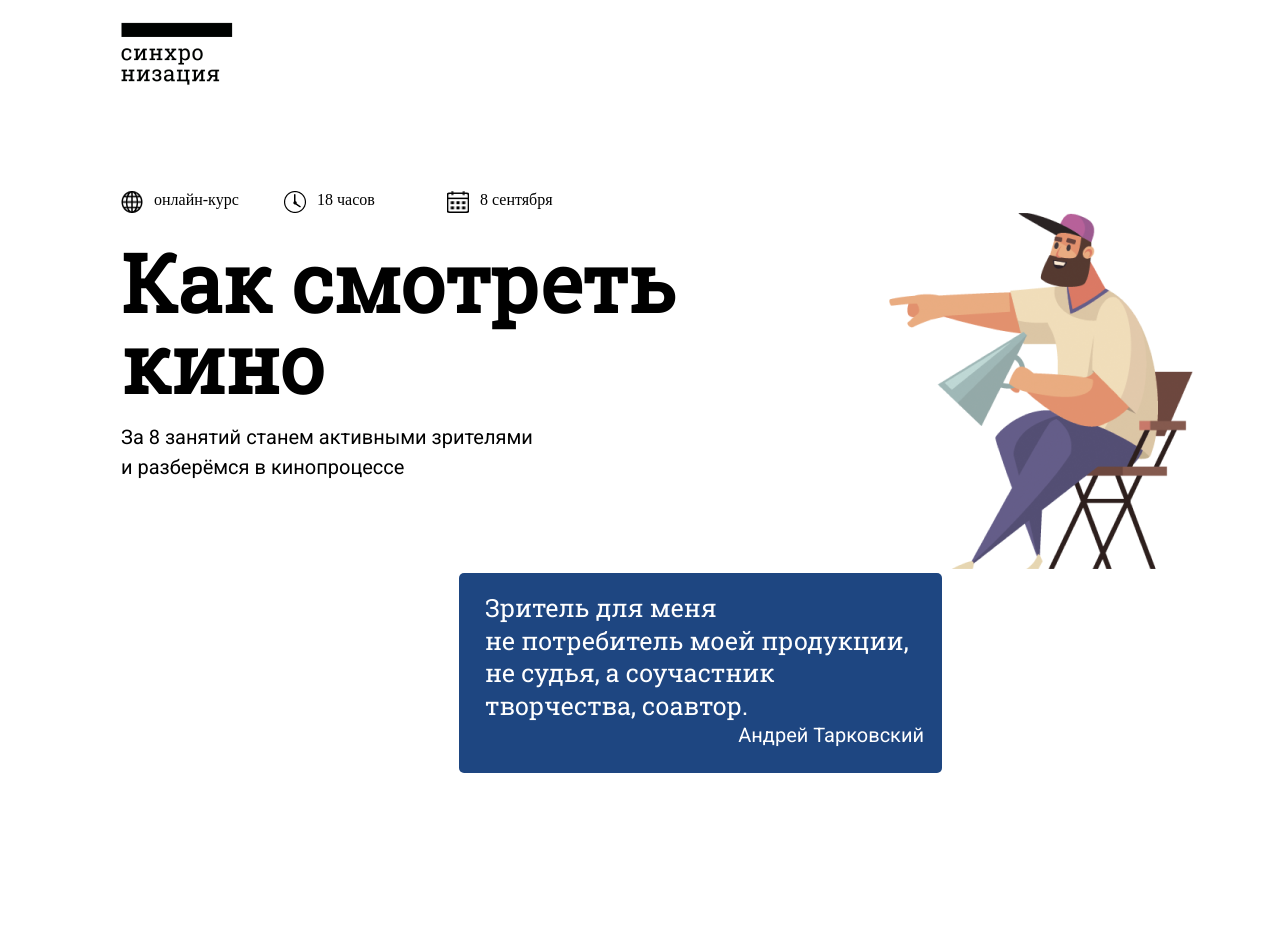
Repository: NatiqSamiyev/fiqma-task-top
Page: index.html
The author's editor kept a copy of each file at every save. The page is drawn from the files as they stood at one save, then again after the next save.
The browser window is 1280 px wide. The pictures show the whole page.

Above is the page before, as saved 2023-08-16 15:29:32.

### index.html
<!DOCTYPE html>
<html lang="en">
  <head>
    <meta charset="UTF-8" />
    <meta name="viewport" content="width=device-width, initial-scale=1.0" />
    <link rel="stylesheet" href="index.css" />
    <title>Document</title>
  </head>
  <body>
    <div class="container">
      <img src="./images/logo_mobile_black 1.png" alt="" />

      <ul>
        <li>
          <img src="./images/globe.png" alt="" />
          <p>онлайн-курс</p>
        </li>

        <li>
          <img src="./images/img_135744.png" alt="" />
          <p>18 часов</p>
        </li>

        <li>
          <img src="./images/calendar_2.png" alt="" />
          <p>8 сентября</p>
        </li>
      </ul>

      <div class="top-container">
        <div class="box-1">
          <h1>Как смотреть кино</h1>
          <br />
          <p>
            За 8 занятий станем активными зрителями<br />
            и разберёмся в кинопроцессе
          </p>
        </div>

        <div class="box-2">
          <img src="./images/noroot 1.png" alt="" />
        </div>
      </div>

      <div class="bottum-container">
        <p>
          Зритель для меня
          <br />не потребитель моей продукции, не судья, а соучастник
          творчества, соавтор.
        </p>

        <h2>Андрей Тарковский</h2>
      </div>
    </div>
  </body>
</html>

### index.css
@import url("https://fonts.googleapis.com/css2?family=Roboto+Slab&family=Roboto:wght@400;700&display=swap");
* {
  margin: 0;
  padding: 0;
  box-sizing: border-box;
}

.container {
  width: 100%;
  padding: 21px 0 173px 121px;
}

.container ul {
  margin-top: 100px;
  display: flex;
  list-style-type: none;
}

.container ul img {
  width: 22px;
  height: 22px;
}

.container ul li p {
  width: 130px;
  margin-left: 11px;
}

.container ul li {
  display: flex;
  justify-content: space-between;
}

.top-container {
  display: flex;
}

.box-1 {
  width: 628px;
  margin: 29px 0px 0 0;
}

.box-1 h1 {
  color: #000;
  font-family: Roboto Slab;
  font-size: 80px;
  font-style: normal;
  font-weight: 700;
  line-height: 101.385%;
}

.box-1 p {
  color: #000;
  font-family: Roboto;
  font-size: 20px;
  font-style: normal;
  font-weight: 400;
  line-height: 150%;
}

.box-2 {
  margin-left: 140px;
}

.box-2 img {
  width: 304px;
  height: 356px;
}

.bottum-container {
  padding: 19px 18px 0 26px;
  width: 483px;
  height: 200px;
  margin-top: 87px ;
  margin: auto;
  border-radius: 5px;
  background: #1e4681;
}

.bottum-container p {
  color: #fff;
  font-family: Roboto Slab;
  font-size: 25px;
  font-style: normal;
  font-weight: 400;
  line-height: 130%;
}

.bottum-container h2 {
  color: #fff;
  text-align: right;
  font-family: Roboto;
  font-size: 20px;
  font-style: normal;
  font-weight: 400;
  line-height: 130%;
}

After the next save:
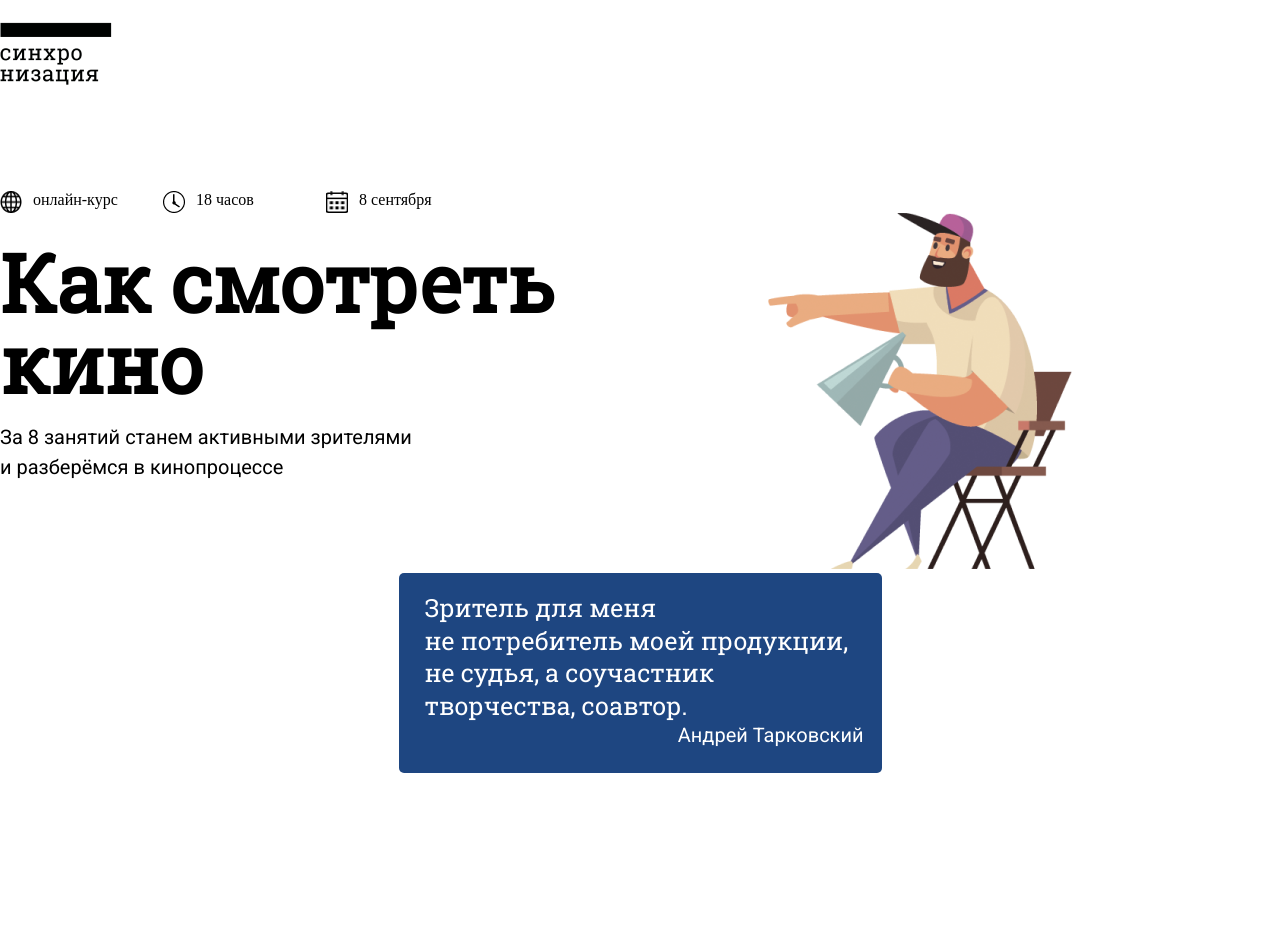
Saved 23 s later.
--- a/index.css
+++ b/index.css
@@ -7,7 +7,7 @@
 
 .container {
   width: 100%;
-  padding: 21px 0 173px 121px;
+  padding: 21px 0 173px 0;
 }
 
 .container ul {
